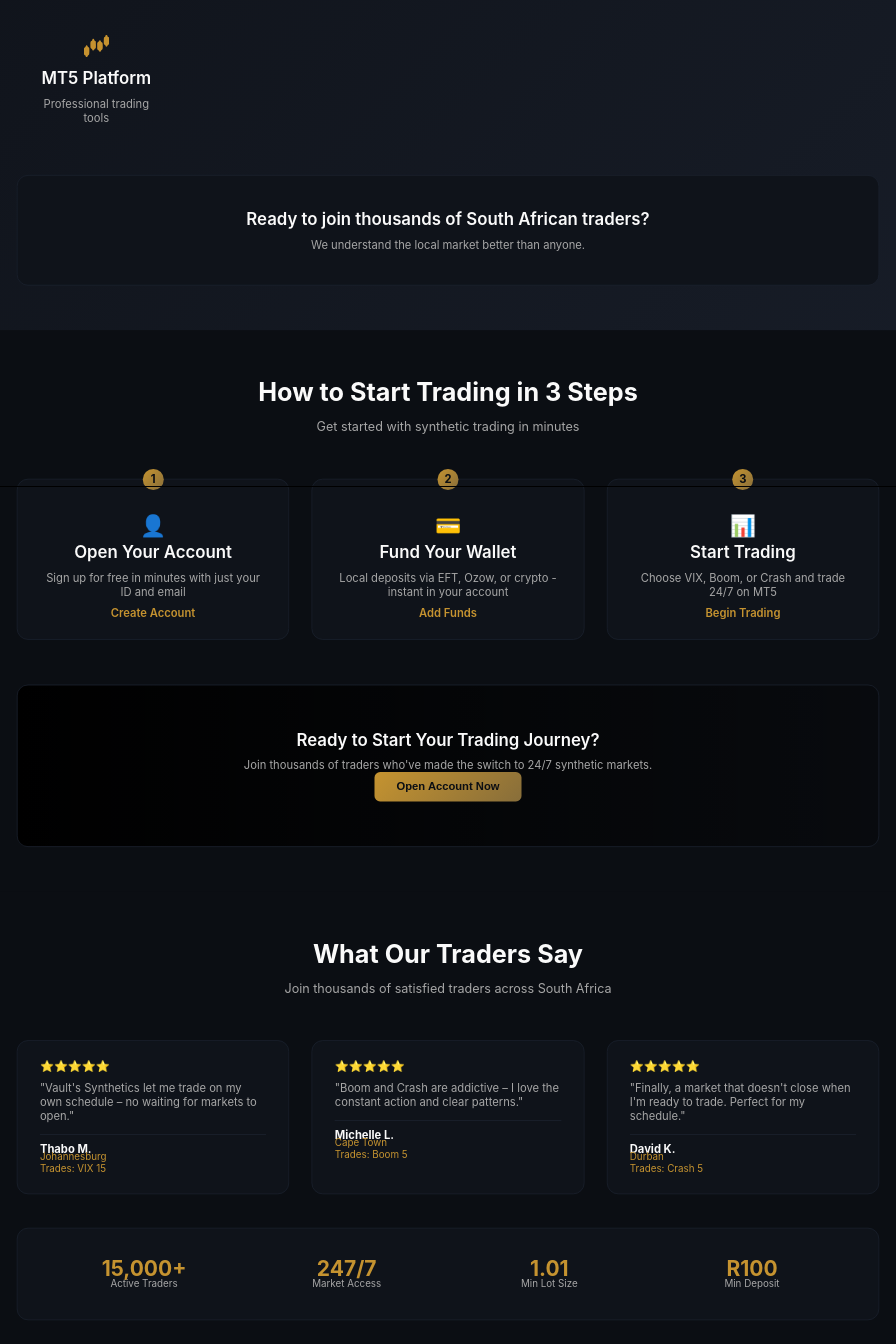
Repository: Jacques-Jaki-Morkel/VaultMarkets_Synthetics
Page: wp-copy/index.HTML
These files come from the project's save history. The page is drawn as it stood at one moment and after the next save; the edit follows.
The browser window is 1280 px wide. The pictures show the part of the page from y = 2210 to 4130 px (the page is 4801 px tall before and 4643 px after), at 70% of full size.

Above is the page before, as saved 2025-08-01 14:07:38.

After the next save:
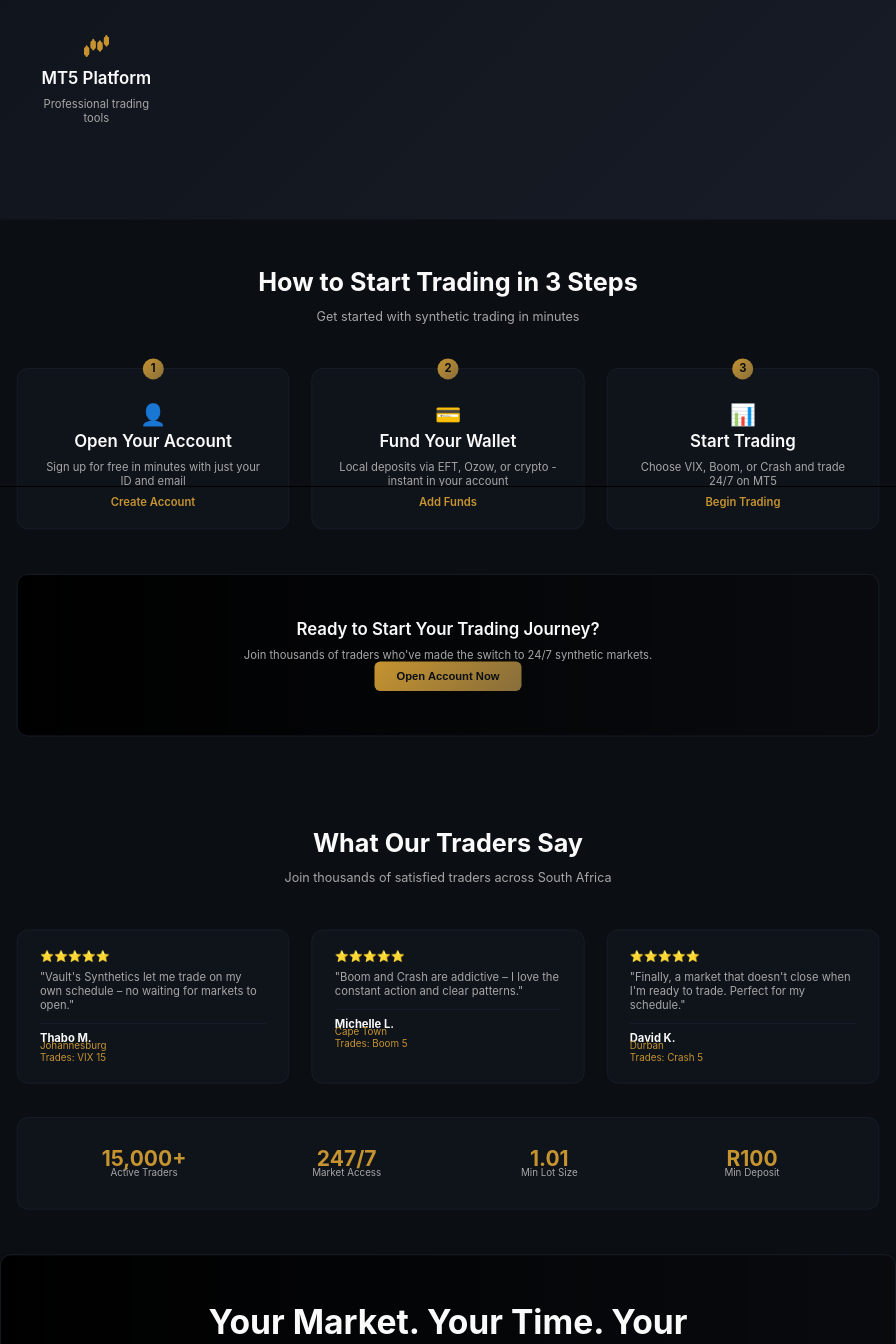
Saved 13 min 29 s later.
--- a/wp-copy/index.HTML
+++ b/wp-copy/index.HTML
@@ -163,7 +163,7 @@
                 </div>
             </div>
 
-            <div class="vm-cta-box">
+            <div class="vm-cta-box hide-this">
                 <h3>Ready to join thousands of South African traders?</h3>
                 <p>We understand the local market better than anyone.</p>
             </div>
